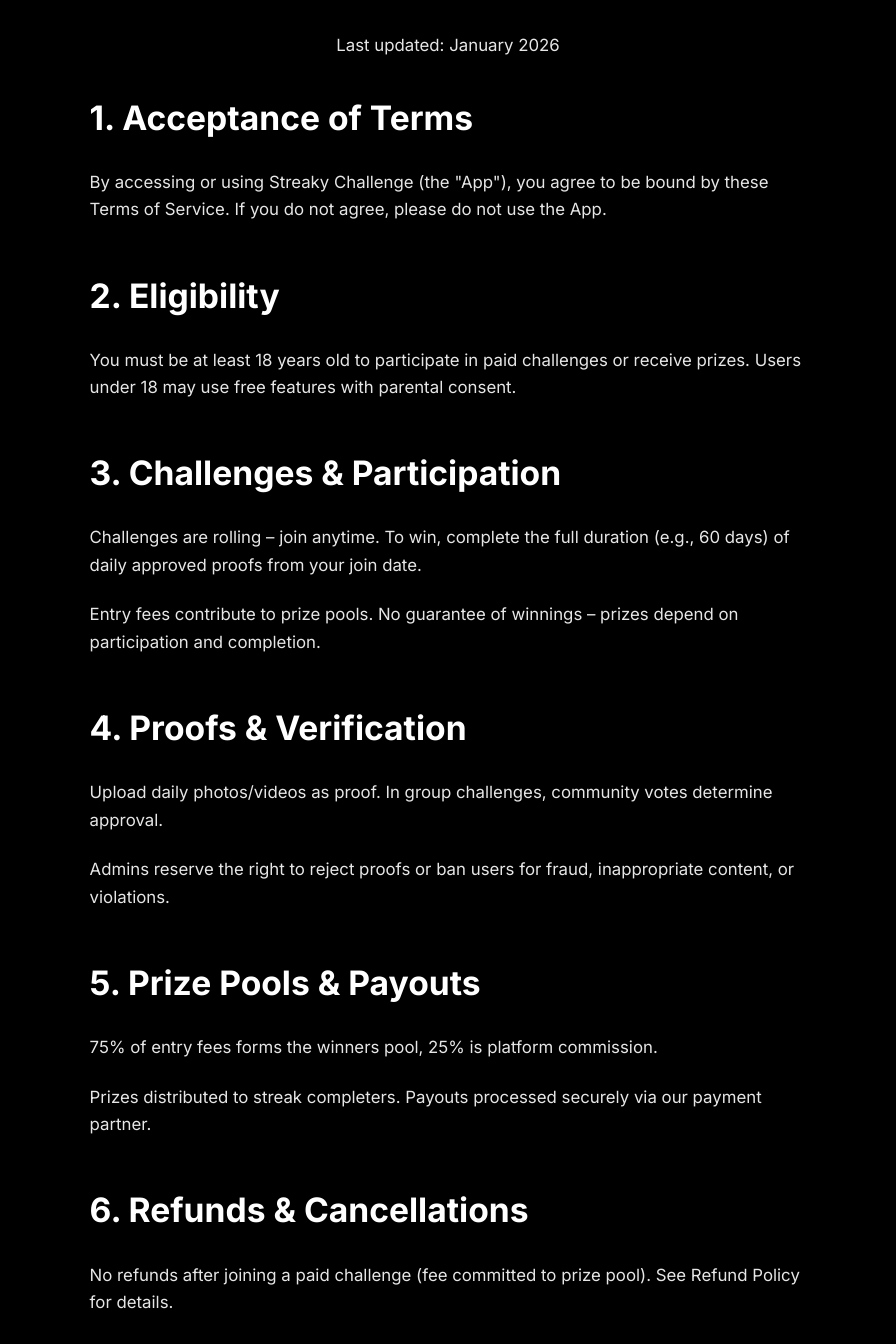
Repository: ZUBEYT/streaky-site
Page: /terms
These files come from the project's save history. The page is drawn as it stood at one moment and after the next save; the edit follows.
The browser window is 1280 px wide. The pictures show the part of the page from y = 395 to 2315 px (the page is 3192 px tall before and 2411 px after), at 70% of full size.
The project was rebuilt for these pictures with package versions that can differ from the ones it lists, and the page was loaded fresh each time. The framework's server and built-in components were replaced by stand-ins that run in the browser. Also part of the build but not shown: next.config.ts.

Above is the page before, as saved 2026-01-22 14:50:30.

### src/app/layout.tsx
import type { Metadata } from 'next';
import { Inter } from 'next/font/google';
import './globals.css';
import Link from 'next/link';

const inter = Inter({ subsets: ['latin'] });

export const metadata: Metadata = {
  title: 'Streaky Challenge',
  description: 'Build habits and win money with daily streaks!',
};

export default function RootLayout({
  children,
}: {
  children: React.ReactNode;
}) {
  return (
    <html lang="en">
      <body className={inter.className}>
        <header className="bg-gradient-to-r from-purple-600 to-blue-600 text-white p-8 text-center">
          <h1 className="text-4xl font-bold">Streaky Challenge</h1>
          <p className="text-xl mt-4">Build Habits. Win Real Money.</p>
        </header>

        <main className="min-h-screen bg-gray-50">
          {children}
        </main>

        <footer className="bg-black text-white p-8 text-center">
          <div className="mb-4">
            <Link href="/" className="mx-4 hover:underline">Home</Link>
            <Link href="/pricing" className="mx-4 hover:underline">Pricing</Link>
            <Link href="/features" className="mx-4 hover:underline">Features</Link>
            <Link href="/about" className="mx-4 hover:underline">About</Link>
            <Link href="/terms" className="mx-4 hover:underline">Terms of Service</Link>
            <Link href="/privacy" className="mx-4 hover:underline">Privacy Policy</Link>
            <Link href="/refund" className="mx-4 hover:underline">Refund Policy</Link>
          </div>
          <p>© 2026 Streaky Challenge. All rights reserved.</p>
          <p className="mt-2">Contact: support@streakychallenge.com</p>
        </footer>
      </body>
    </html>
  );
};

### src/app/terms/page.tsx
// src/app/terms/page.tsx (Terms of Service – Duolingo Benzeri Detaylı, Dark Mode)
export default function Terms() {
    return (
        <div className="min-h-screen bg-black text-white py-32 px-8">
            <div className="max-w-5xl mx-auto">
                <h1 className="text-7xl font-extrabold text-center mb-24 drop-shadow-2xl">Terms of Service</h1>
                <p className="text-2xl text-center mb-16 opacity-90">Last updated: January 2026</p>

                <div className="space-y-20">
                    <section>
                        <h2 className="text-5xl font-bold mb-12">1. Acceptance of Terms</h2>
                        <p className="text-2xl leading-relaxed opacity-90">
                            By accessing or using Streaky Challenge (the "App"), you agree to be bound by these Terms of Service. If you do not agree, please do not use the App.
                        </p>
                    </section>

                    <section>
                        <h2 className="text-5xl font-bold mb-12">2. Eligibility</h2>
                        <p className="text-2xl leading-relaxed opacity-90">
                            You must be at least 18 years old to participate in paid challenges or receive prizes. Users under 18 may use free features with parental consent.
                        </p>
                    </section>

                    <section>
                        <h2 className="text-5xl font-bold mb-12">3. Challenges & Participation</h2>
                        <p className="text-2xl leading-relaxed opacity-90 mb-8">
                            Challenges are rolling – join anytime. To win, complete the full duration (e.g., 60 days) of daily approved proofs from your join date.
                        </p>
                        <p className="text-2xl leading-relaxed opacity-90">
                            Entry fees contribute to prize pools. No guarantee of winnings – prizes depend on participation and completion.
                        </p>
                    </section>

                    <section>
                        <h2 className="text-5xl font-bold mb-12">4. Proofs & Verification</h2>
                        <p className="text-2xl leading-relaxed opacity-90 mb-8">
                            Upload daily photos/videos as proof. In group challenges, community votes determine approval.
                        </p>
                        <p className="text-2xl leading-relaxed opacity-90">
                            Admins reserve the right to reject proofs or ban users for fraud, inappropriate content, or violations.
                        </p>
                    </section>

                    <section>
                        <h2 className="text-5xl font-bold mb-12">5. Prize Pools & Payouts</h2>
                        <p className="text-2xl leading-relaxed opacity-90 mb-8">
                            75% of entry fees forms the winners pool, 25% is platform commission.
                        </p>
                        <p className="text-2xl leading-relaxed opacity-90">
                            Prizes distributed to streak completers. Payouts processed securely via our payment partner.
                        </p>
                    </section>

                    <section>
                        <h2 className="text-5xl font-bold mb-12">6. Refunds & Cancellations</h2>
                        <p className="text-2xl leading-relaxed opacity-90">
                            No refunds after joining a paid challenge (fee committed to prize pool). See Refund Policy for details.
                        </p>
                    </section>

                    <section>
                        <h2 className="text-5xl font-bold mb-12">7. User Conduct</h2>
                        <p className="text-2xl leading-relaxed opacity-90">
                            No cheating, harassment, or inappropriate proofs. Violations may result in ban and prize forfeiture.
                        </p>
                    </section>

                    <section>
                        <h2 className="text-5xl font-bold mb-12">8. Changes to Terms</h2>
                        <p className="text-2xl leading-relaxed opacity-90">
                            We may update these terms. Continued use constitutes acceptance.
                        </p>
                    </section>
                </div>

                <p className="text-center text-2xl mt-32 opacity-80">Contact: support@streakychallenge.com for questions.</p>
            </div>
        </div>
    );
}

Loaded but not shown: src/app/globals.css (common file)

After the next save:
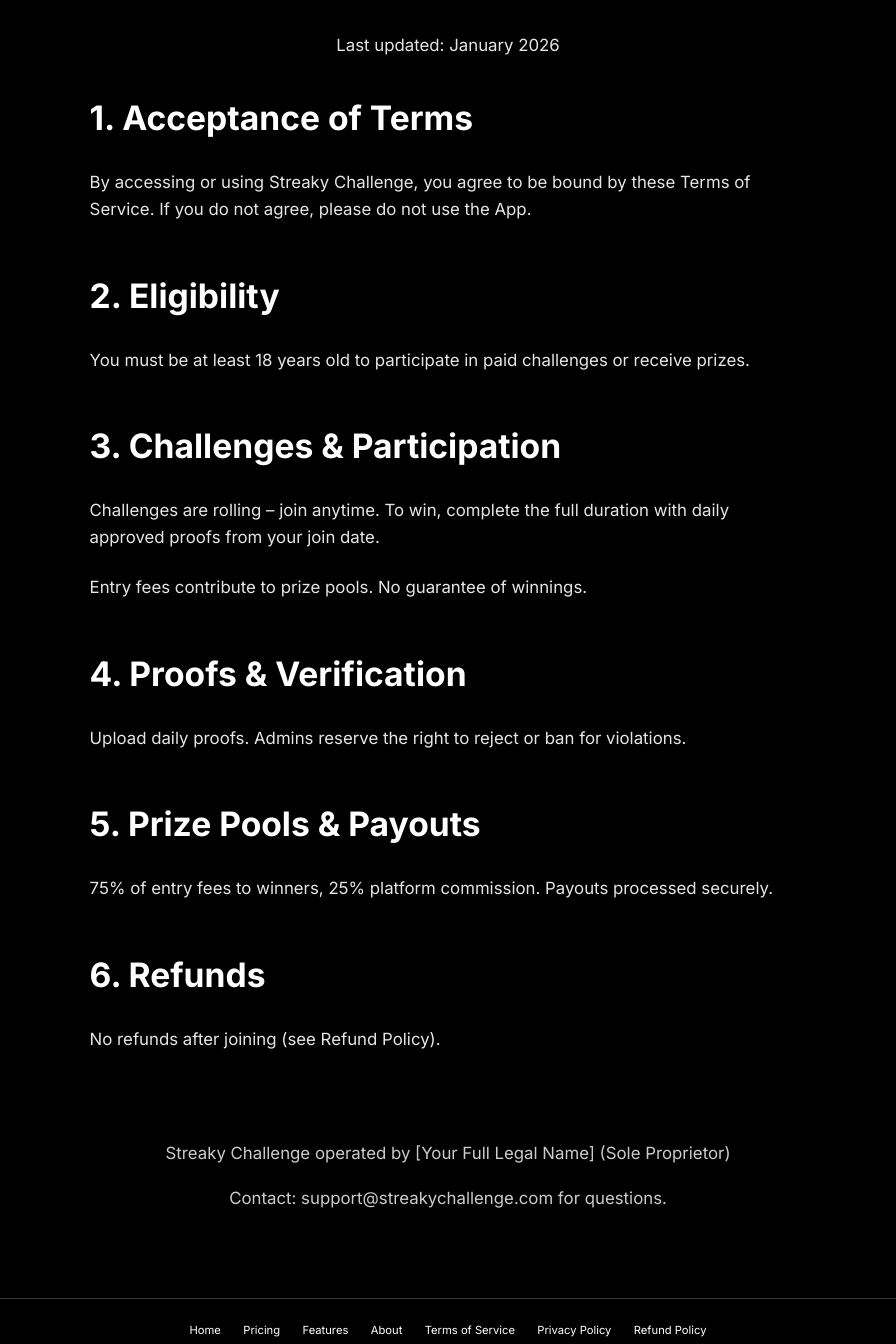
Saved 3 h 42 min later.
--- a/src/app/terms/page.tsx
+++ b/src/app/terms/page.tsx
@@ -1,4 +1,3 @@
-// src/app/terms/page.tsx (Terms of Service – Duolingo Benzeri Detaylı, Dark Mode)
 export default function Terms() {
     return (
         <div className="min-h-screen bg-black text-white py-32 px-8">
@@ -10,70 +9,55 @@
                     <section>
                         <h2 className="text-5xl font-bold mb-12">1. Acceptance of Terms</h2>
                         <p className="text-2xl leading-relaxed opacity-90">
-                            By accessing or using Streaky Challenge (the "App"), you agree to be bound by these Terms of Service. If you do not agree, please do not use the App.
+                            By accessing or using Streaky Challenge, you agree to be bound by these Terms of Service. If you do not agree, please do not use the App.
                         </p>
                     </section>
 
                     <section>
                         <h2 className="text-5xl font-bold mb-12">2. Eligibility</h2>
                         <p className="text-2xl leading-relaxed opacity-90">
-                            You must be at least 18 years old to participate in paid challenges or receive prizes. Users under 18 may use free features with parental consent.
+                            You must be at least 18 years old to participate in paid challenges or receive prizes.
                         </p>
                     </section>
 
                     <section>
                         <h2 className="text-5xl font-bold mb-12">3. Challenges & Participation</h2>
                         <p className="text-2xl leading-relaxed opacity-90 mb-8">
-                            Challenges are rolling – join anytime. To win, complete the full duration (e.g., 60 days) of daily approved proofs from your join date.
+                            Challenges are rolling – join anytime. To win, complete the full duration with daily approved proofs from your join date.
                         </p>
                         <p className="text-2xl leading-relaxed opacity-90">
-                            Entry fees contribute to prize pools. No guarantee of winnings – prizes depend on participation and completion.
+                            Entry fees contribute to prize pools. No guarantee of winnings.
                         </p>
                     </section>
 
                     <section>
                         <h2 className="text-5xl font-bold mb-12">4. Proofs & Verification</h2>
-                        <p className="text-2xl leading-relaxed opacity-90 mb-8">
-                            Upload daily photos/videos as proof. In group challenges, community votes determine approval.
-                        </p>
                         <p className="text-2xl leading-relaxed opacity-90">
-                            Admins reserve the right to reject proofs or ban users for fraud, inappropriate content, or violations.
+                            Upload daily proofs. Admins reserve the right to reject or ban for violations.
                         </p>
                     </section>
 
                     <section>
                         <h2 className="text-5xl font-bold mb-12">5. Prize Pools & Payouts</h2>
-                        <p className="text-2xl leading-relaxed opacity-90 mb-8">
-                            75% of entry fees forms the winners pool, 25% is platform commission.
-                        </p>
                         <p className="text-2xl leading-relaxed opacity-90">
-                            Prizes distributed to streak completers. Payouts processed securely via our payment partner.
+                            75% of entry fees to winners, 25% platform commission. Payouts processed securely.
                         </p>
                     </section>
 
                     <section>
-                        <h2 className="text-5xl font-bold mb-12">6. Refunds & Cancellations</h2>
+                        <h2 className="text-5xl font-bold mb-12">6. Refunds</h2>
                         <p className="text-2xl leading-relaxed opacity-90">
-                            No refunds after joining a paid challenge (fee committed to prize pool). See Refund Policy for details.
-                        </p>
-                    </section>
-
-                    <section>
-                        <h2 className="text-5xl font-bold mb-12">7. User Conduct</h2>
-                        <p className="text-2xl leading-relaxed opacity-90">
-                            No cheating, harassment, or inappropriate proofs. Violations may result in ban and prize forfeiture.
-                        </p>
-                    </section>
-
-                    <section>
-                        <h2 className="text-5xl font-bold mb-12">8. Changes to Terms</h2>
-                        <p className="text-2xl leading-relaxed opacity-90">
-                            We may update these terms. Continued use constitutes acceptance.
+                            No refunds after joining (see Refund Policy).
                         </p>
                     </section>
                 </div>
 
-                <p className="text-center text-2xl mt-32 opacity-80">Contact: support@streakychallenge.com for questions.</p>
+                <p className="text-center text-2xl mt-32 opacity-80">
+                    Streaky Challenge operated by [Your Full Legal Name] (Sole Proprietor)
+                </p>
+                <p className="text-center text-2xl mt-8 opacity-80">
+                    Contact: support@streakychallenge.com for questions.
+                </p>
             </div>
         </div>
     );
